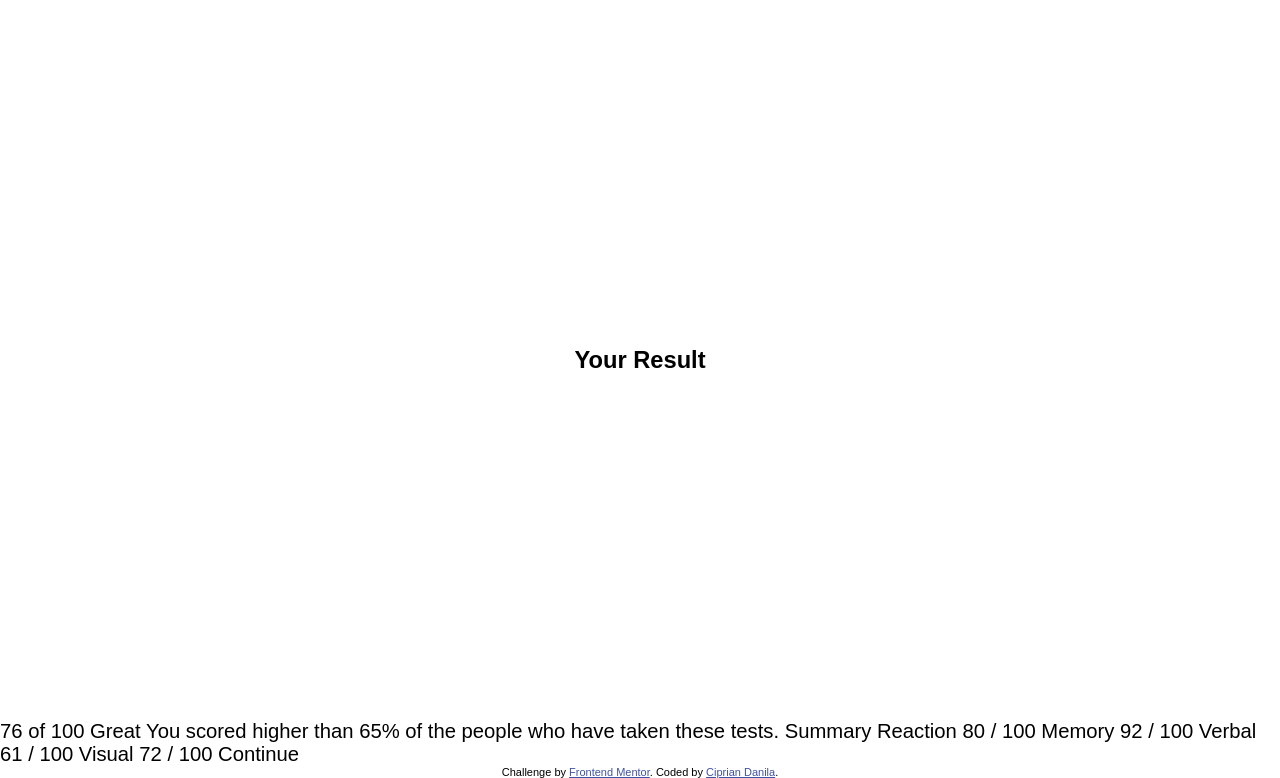
Repository: cipdanila/results-summary-component
Page: index.html
These files come from the project's save history. The page is drawn as it stood at one moment and after the next save; the edit follows.
The browser window is 1280 px wide. The pictures show the whole page.

Above is the page before, as saved 2024-02-01 20:08:52.

### index.html
<!DOCTYPE html>
<html lang="en">
<head>
  <meta charset="UTF-8">
  <meta name="viewport" content="width=device-width, initial-scale=1.0"> <!-- displays site properly based on user's device -->

  <link rel="icon" type="image/png" sizes="32x32" href="./assets/images/favicon-32x32.png">
  <link rel="stylesheet" href="styles.css">
  <title>Frontend Mentor | Results summary component</title>

</head>
<body>
  <main>
    <div class="card">
      <div class="result">
        <h3>Your Result</h3>

      </div>
      <div class="summary">

      </div>
    </div>
  </main>


  76
  of 100

  Great
  You scored higher than 65% of the people who have taken these tests.

  Summary

  Reaction
  80 / 100

  Memory
  92 / 100

  Verbal
  61 / 100

  Visual
  72 / 100

  Continue

  <footer>
    <div class="attribution">
        Challenge by
        <a
            href="https://www.frontendmentor.io/challenges/results-summary-component-CE_K6s0maV/hub"
            target="_blank"
            rel="noopener noreferer"
            >Frontend Mentor</a
        >. Coded by <a href="https://github.com/cipdanila" target="_blank" rel="noopener noreferer">Ciprian Danila</a>.
    </div>
</footer>
</body>
</html>

### styles.css
@import url('https://fonts.googleapis.com/css2?family=Hanken+Grotesk:wght@500;700;800&display=swap');

:root {
    /* Colors */
    /* Primary */
    --light-red: hsl(0, 100%, 67%);
    --orange-yellow: hsl(39, 100%, 56%);
    --green-teal: hsl(166, 100%, 37%);
    --cobalt-blue: hsl(234, 85%, 45%);
    /* Gradients */
    --light-slate-blue: hsl(252, 100%, 67%);    /*  (background) */
    --light-royal-blue: hsl(241, 81%, 54%);    /* (background) */

    --violet-blue: hsla(256, 72%, 46%, 1); /* (circle) */
    --persian-blue: hsla(241, 72%, 46%, 0);    /* (circle) */
    /* Neutral */
    --white: hsl(0, 0%, 100%);
    --pale-blue: hsl(221, 100%, 96%);
    --light-lavender: hsl(241, 100%, 89%);
    --dark-gray-blue: hsl(224, 30%, 27%);
}

*, *::after, *::before {
    box-sizing: border-box;
    margin: 0;
    padding: 0;
}

body, html {
    height: 100%;
    font-family: "Outfit", sans-serif;
    font-size: 1.125rem;                /* 18px */
    font-weight: 300;
    background-color: var(--white);
}

main {
    display: flex;
    justify-content: center;
    align-items: center;
    height: 100%;
}

.attribution {
    font-size: 11px;
    text-align: center;
}
.attribution a {
    color: hsl(228, 45%, 44%);
}

After the next save:
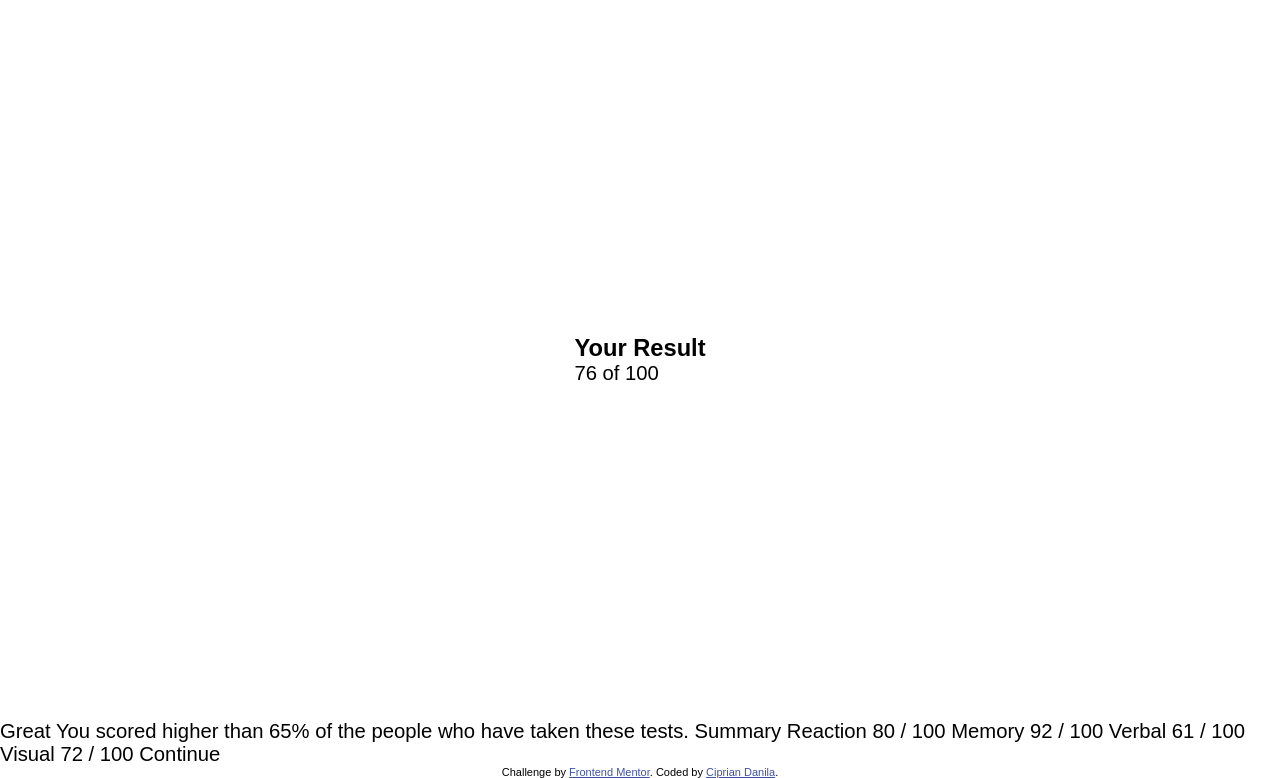
Saved 3 min 27 s later.
--- a/index.html
+++ b/index.html
@@ -14,7 +14,10 @@
     <div class="card">
       <div class="result">
         <h3>Your Result</h3>
-
+        <div class="score">
+          76
+          of 100
+        </div>
       </div>
       <div class="summary">
 
@@ -23,8 +26,7 @@
   </main>
 
 
-  76
-  of 100
+
 
   Great
   You scored higher than 65% of the people who have taken these tests.
